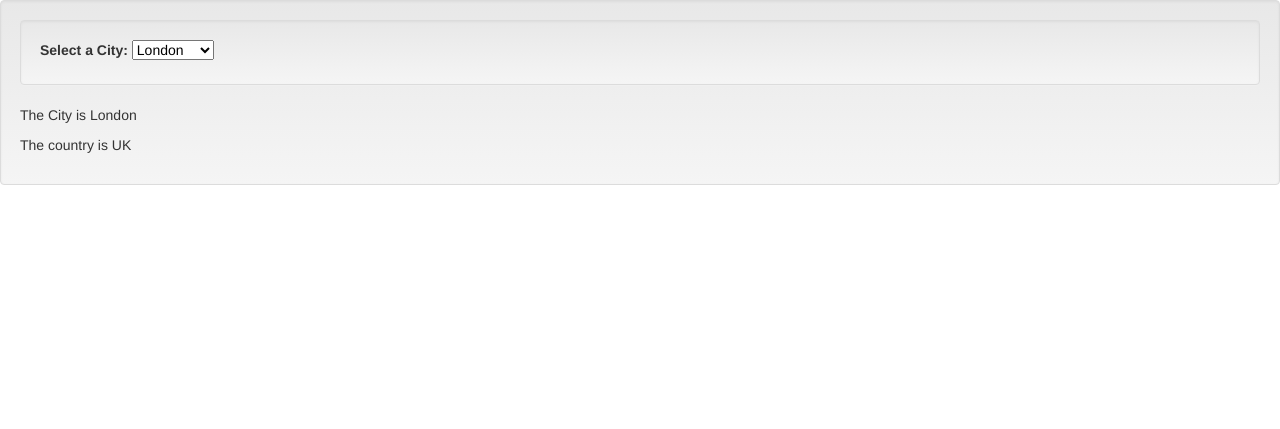
Repository: chisun-joung/workplace
Page: angularJS/WebContent/Chap13_Controller/P373_Controller.html
These files come from the project's save history. The page is drawn as it stood at one moment and after the next save; the edit follows.
The browser window is 1280 px wide. The pictures show the whole page.
Some web libraries are served in a nearby version.

Above is the page before, as saved 2016-11-29 00:26:01.

### angularJS/WebContent/Chap13_Controller/P373_Controller.html
<!DOCTYPE html>
<html ng-app="exampleApp">
<head>
	<title>Controllers</title>
	<script src="https://ajax.googleapis.com/ajax/libs/angularjs/1.2.9/angular.js"></script>
	<link href="bootstrap.css" rel="stylesheet" />
	<link href="bootstrap-theme.css" rel="stylesheet" />
	<script>
		angular.module("exampleApp", [])
			.controller('simpleCtrl', function($scope){
				$scope.cities = ['London', 'New York', 'Raris'];
				$scope.city = 'London'

				$scope.getCountry = function(city){
					switch(city){
					case 'London':
						return 'UK';
					case 'New York':
						return 'US'
					}
				}
			})
	</script>
</head>
<body>
	<div class="well" ng-controller="simpleCtrl">
		<div class="well">
			<label>Select a City:</label>
			<select ng-options="city for city  in cities" ng-model="city"></select>
		</div>
		<p>The City is {{city}}</p>
		<p>The country is {{getCountry(city) || 'Unknow'}}</p>
	</div>
</body>
</html>

Loaded but not shown: angularJS/WebContent/Chap13_Controller/bootstrap.css (library); angularJS/WebContent/Chap13_Controller/bootstrap-theme.css (library)

After the next save:
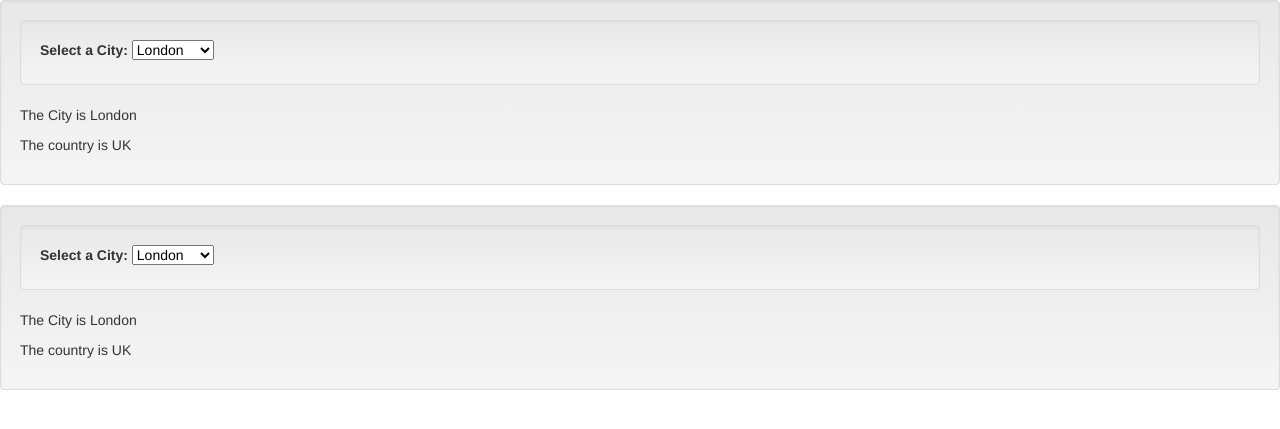
Saved 101 s later.
--- a/angularJS/WebContent/Chap13_Controller/P373_Controller.html
+++ b/angularJS/WebContent/Chap13_Controller/P373_Controller.html
@@ -26,7 +26,24 @@
 	<div class="well" ng-controller="simpleCtrl">
 		<div class="well">
 			<label>Select a City:</label>
-			<select ng-options="city for city  in cities" ng-model="city"></select>
+			<!-- ng-options = "표시할값 for 변수명 in 값 추출 배열 or 객체"
+				ng-options를 사용하려면 반드시 ng-model이 기술되야 한다
+			 -->
+			<select ng-options="c for c in cities"
+					ng-model="city"></select>
+		</div>
+		<p>The City is {{city}}</p>
+		<p>The country is {{getCountry(city) || 'Unknow'}}</p>
+	</div>
+
+	<div class="well" ng-controller="simpleCtrl">
+		<div class="well">
+			<label>Select a City:</label>
+			<!-- ng-options = "표시할값 for 변수명 in 값 추출 배열 or 객체"
+				ng-options를 사용하려면 반드시 ng-model이 기술되야 한다
+			 -->
+			<select ng-options="c for c in cities"
+					ng-model="city"></select>
 		</div>
 		<p>The City is {{city}}</p>
 		<p>The country is {{getCountry(city) || 'Unknow'}}</p>
